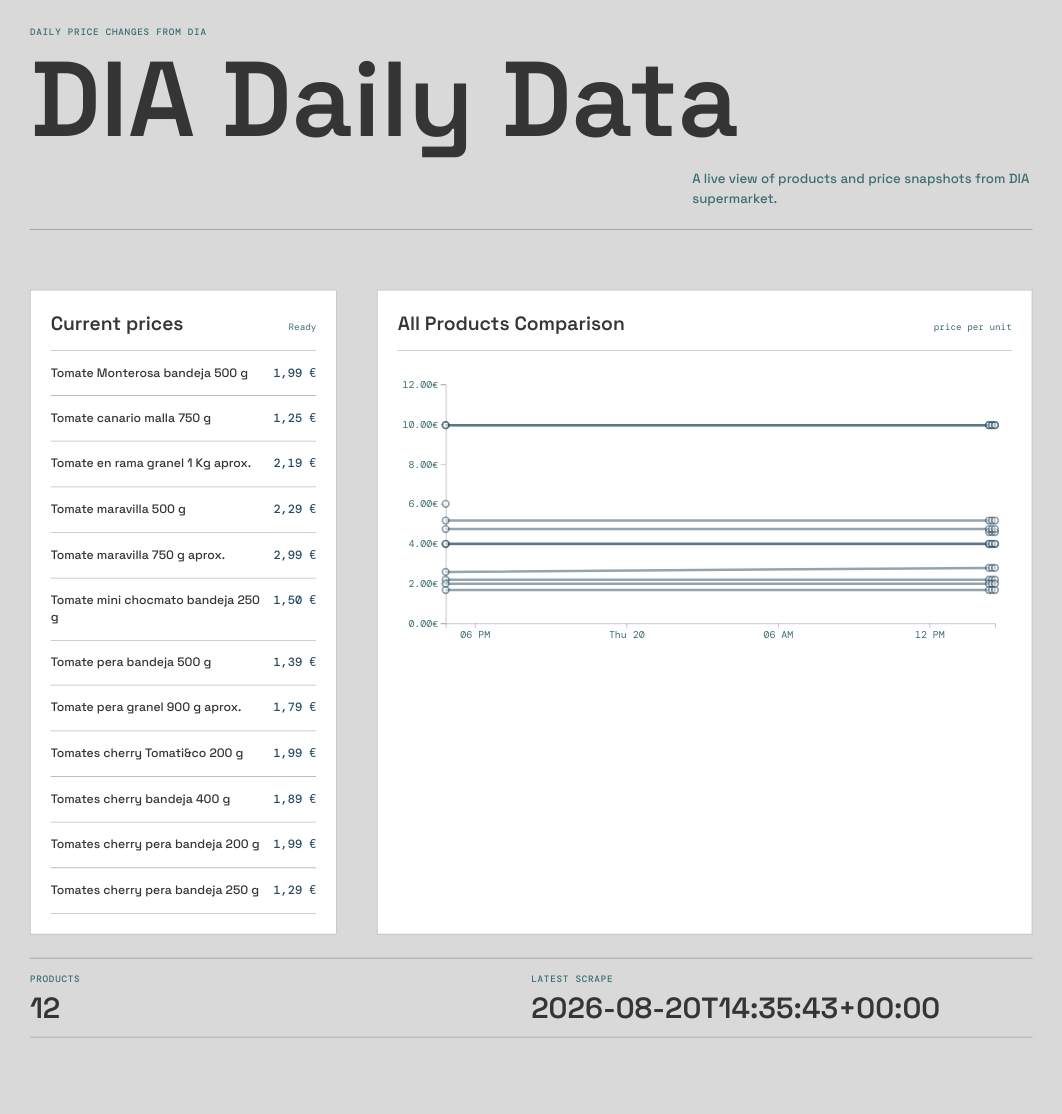
Repository: lloop/dia-daily-data
Page: http://localhost/
The author's editor kept a copy of each file at every save. The page is drawn from the files as they stood at one save, then again after the next save.
The browser window is 1280 px wide. The pictures show the whole page, at 83% of full size.
The page is served by the project's application, run on Flask 3 (app.py). Other server files are loaded and not shown. The page reads the database file committed with the project.

Above is the page before, as saved 2026-08-20 17:36:26.

### templates/index.html
<!doctype html>
<html lang="en">
<head>
  <meta charset="utf-8">
  <meta name="viewport" content="width=device-width, initial-scale=1">
  <title>Daily Price Changes From DIA</title>
  <link rel="stylesheet" href="{{ url_for('static', filename='styles.css') }}">
</head>
<body>
  <main class="dashboard">
    <header class="dashboard__header">
      <p class="eyebrow">Daily Price Changes From DIA</p>
      <h1>DIA Daily Data</h1>
      <p class="lede">A live view of products and price snapshots from DIA supermarket.</p>
    </header>

    <section class="content-grid">
      <div class="panel">
        <div class="panel__heading">
          <h2>Current prices</h2>
          <span id="status">Loading...</span>
        </div>
        <div id="product-list" class="product-list"></div>
      </div>

      <div class="panel panel--chart">
        <div class="panel__heading">
          <h2 id="chart-title">Price history</h2>
          <span id="chart-unit"></span>
        </div>
        <svg id="price-chart" role="img" aria-label="Selected product price history"></svg>
        <p id="empty-chart" class="empty-state">Select a product to inspect its price history.</p>
      </div>
    </section>

    <section class="summary" aria-label="Database summary">
      <div><span class="summary__label">Products</span><strong id="product-count">-</strong></div>
      <div><span class="summary__label">Latest scrape</span><strong id="latest-scrape">-</strong></div>
    </section>

  </main>

  <script src="https://cdn.jsdelivr.net/npm/d3@7"></script>
  <script src="{{ url_for('static', filename='app.js') }}"></script>
</body>
</html>

### app.py
"""Flask server for exploring scraped DIA product and price data."""

import json
import sqlite3
from pathlib import Path

from flask import Flask, jsonify, render_template

from config import DATABASE_FILE


def create_app(database_path=None):
    """Create the Flask application, optionally using a test database."""
    app = Flask(__name__)
    app.config['DATABASE_FILE'] = Path(database_path or DATABASE_FILE)

    def query_database(query, parameters=()):
        database_file = app.config['DATABASE_FILE']
        if not database_file.exists():
            return []

        with sqlite3.connect(database_file) as connection:
            connection.row_factory = sqlite3.Row
            return [dict(row) for row in connection.execute(query, parameters)]

    @app.get('/')
    def index():
        return render_template('index.html')

    @app.get('/api/products')
    def products():
        rows = query_database(
            """
            SELECT
                products.id,
                products.name,
                products.item_type,
                products.metadata_json,
                latest.price,
                latest.currency,
                latest.raw_price_per_unit,
                latest.unit_price_eur,
                latest.availability,
                latest.scraped_at
            FROM products
            LEFT JOIN price_logs AS latest
                ON latest.id = (
                    SELECT price_logs.id
                    FROM price_logs
                    WHERE price_logs.product_id = products.id
                    ORDER BY price_logs.scraped_at DESC, price_logs.id DESC
                    LIMIT 1
                )
            ORDER BY products.name
            """
        )

        for row in rows:
            row['metadata'] = json.loads(row.pop('metadata_json') or '{}')

        return jsonify(rows)

    @app.get('/api/products/<int:product_id>/price-history')
    def price_history(product_id):
        rows = query_database(
            """
            SELECT price, currency, raw_price_per_unit, unit_price_eur,
                   availability, scraped_at
            FROM price_logs
            WHERE product_id = ?
            ORDER BY scraped_at, id
            """,
            (product_id,),
        )
        return jsonify(rows)

    return app


app = create_app()


if __name__ == '__main__':
    app.run(debug=True)

### static/styles.css
@import url('https://fonts.googleapis.com/css2?family=DM+Mono:wght@400;500&family=Space+Grotesk:wght@400;500;600;700&display=swap');

:root {
  color-scheme: light;
  --font-display: 'Space Grotesk', 'Helvetica Neue', Arial, sans-serif;
  --font-mono: 'DM Mono', 'Courier New', monospace;
  --graphite: #353535;
  --stormy-teal: #3c6e71;
  --white: #ffffff;
  --alabaster-grey: #d9d9d9;
  --yale-blue: #284b63;
  --ink: var(--graphite);
  --muted: var(--stormy-teal);
  --paper: var(--alabaster-grey);
  --panel: var(--white);
  --line: rgba(53, 53, 53, 0.32);
  --accent: var(--yale-blue);
  --accent-soft: rgba(60, 110, 113, 0.12);
}

* { box-sizing: border-box; }
body { margin: 0; background: var(--paper); color: var(--ink); font-family: var(--font-display); }
.dashboard { max-width: 1440px; margin: 0 auto; padding: 32px 36px 64px; }
.dashboard__header { max-width: none; margin-bottom: 72px; padding-bottom: 24px; border-bottom: 1px solid var(--line); }
.eyebrow, .summary__label, #status, #chart-unit { font: 500 0.7rem/1.2 var(--font-mono); letter-spacing: 0.08em; text-transform: uppercase; }
.eyebrow { color: var(--stormy-teal); margin: 0 0 20px; }
h1 { max-width: 900px; font-size: clamp(3.4rem, 10vw, 9rem); line-height: 0.86; margin: 0 0 28px; font-weight: 600; letter-spacing: 0; }
.lede { max-width: 410px; color: var(--muted); font: 500 1rem/1.5 var(--font-display); margin: 0 0 0 auto; }
.summary { display: flex; gap: 0; margin-bottom: 28px; border-top: 1px solid var(--line); border-bottom: 1px solid var(--line); }
.summary > div { flex: 1; background: transparent; border: 0; border-radius: 0; padding: 18px 20px 18px 0; box-shadow: none; }
.summary__label { display: block; color: var(--muted); margin-bottom: 10px; }
.summary strong { font-size: 2.2rem; line-height: 1; font-weight: 600; }
.content-grid { display: grid; grid-template-columns: minmax(280px, 0.75fr) minmax(420px, 1.6fr); gap: 48px; margin-bottom: 28px; }
.panel { background: var(--panel); border: 1px solid var(--line); border-radius: 0; padding: 24px; min-height: 420px; box-shadow: none; }
.panel__heading { display: flex; align-items: baseline; justify-content: space-between; gap: 16px; border-bottom: 1px solid var(--line); padding-bottom: 18px; }
h2 { font-size: 1.45rem; font-weight: 600; letter-spacing: 0; margin: 0; }
#status, #chart-unit { color: var(--muted); letter-spacing: 0; text-transform: none; font-weight: 400; }
.product-list { display: grid; }
.product-button { display: flex; justify-content: space-between; gap: 16px; width: 100%; text-align: left; border: 0; border-bottom: 1px solid var(--line); background: transparent; color: inherit; padding: 17px 0; cursor: pointer; transition: background 160ms ease, padding 160ms ease; }
.product-button:hover, .product-button.is-selected { background: var(--accent-soft); padding-left: 12px; padding-right: 12px; }
.product-name { font: 500 0.92rem/1.35 var(--font-display); }
.product-price { white-space: nowrap; font: 500 0.9rem/1.35 var(--font-mono); color: var(--accent); }
#price-chart { width: 100%; height: 350px; margin-top: 20px; overflow: visible; }
.axis text { fill: var(--muted); font: 12px var(--font-mono); }
.axis path, .axis line { stroke: var(--line); }
.chart-line { fill: none; stroke: var(--accent); stroke-width: 3; }
.chart-dot { fill: var(--panel); stroke: var(--accent); stroke-width: 2; }
.empty-state { color: var(--muted); font: 400 0.95rem/1.5 var(--font-display); }
@media (max-width: 800px) { .dashboard { padding: 24px 16px 48px; } .dashboard__header { margin-bottom: 44px; } h1 { font-size: clamp(3.2rem, 17vw, 6rem); } .lede { margin-left: 0; } .content-grid { grid-template-columns: 1fr; gap: 20px; } .summary { flex-direction: column; } .summary > div { padding-right: 0; } .panel--chart { min-height: 360px; } }

### static/app.js
const state = { products: [], histories: {}, selectedId: null };

const productList = document.querySelector('#product-list');
const status = document.querySelector('#status');
const productCount = document.querySelector('#product-count');
const latestScrape = document.querySelector('#latest-scrape');
const chartTitle = document.querySelector('#chart-title');
const chartUnit = document.querySelector('#chart-unit');
const chart = d3.select('#price-chart');
const emptyChart = document.querySelector('#empty-chart');

// Color scale to give each tomato line a unique color
const colorScale = d3.scaleOrdinal(d3.schemeCategory10);

function formatPrice(value, currency = 'EUR') {
  if (value === null || value === undefined) return 'No price';
  return new Intl.NumberFormat('es-ES', { style: 'currency', currency }).format(value);
}

function renderProducts() {
  productList.replaceChildren();
  state.products.forEach(product => {
    const button = document.createElement('button');
    button.className = 'product-button';
    button.dataset.productId = product.id;
    button.innerHTML = `<span class="product-name">${product.name}</span><span class="product-price">${formatPrice(product.price, product.currency)}</span>`;

    // Hover over sidebar button to highlight corresponding line on the chart
    button.addEventListener('mouseenter', () => highlightProduct(product.id));
    button.addEventListener('mouseleave', () => resetHighlight());

    // Click button to isolate/select product title
    button.addEventListener('click', () => selectProduct(product.id));
    productList.append(button);
  });
}

function drawChart() {
  const width = chart.node().clientWidth || 600;
  const height = 350;
  const margin = { top: 20, right: 20, bottom: 42, left: 58 };

  chart.attr('viewBox', `0 0 ${width} ${height}`).selectAll('*').remove();

  // Combine all product histories into arrays for plotting
  const allSeries = state.products.map(product => {
    const rawHistory = state.histories[product.id] || [];
    return {
      product,
      values: rawHistory.map(item => ({ ...item, date: new Date(item.scraped_at) }))
    };
  }).filter(series => series.values.length > 0);

  const hasData = allSeries.length > 0;
  emptyChart.hidden = hasData;
  chartUnit.textContent = hasData ? 'price per unit' : '';
  if (!hasData) return;

  // Flatten values across all products to calculate global X and Y domains
  const allPoints = allSeries.flatMap(s => s.values);
  const x = d3.scaleTime()
    .domain(d3.extent(allPoints, d => d.date))
    .range([margin.left, width - margin.right]);

  const y = d3.scaleLinear()
    .domain([0, d3.max(allPoints, d => d.unit_price_eur) * 1.15 || 1])
    .nice()
    .range([height - margin.bottom, margin.top]);

  const line = d3.line()
    .x(d => x(d.date))
    .y(d => y(d.unit_price_eur));

  // Axes
  chart.append('g')
    .attr('class', 'axis')
    .attr('transform', `translate(0,${height - margin.bottom})`)
    .call(d3.axisBottom(x).ticks(5));

  chart.append('g')
    .attr('class', 'axis')
    .attr('transform', `translate(${margin.left},0)`)
    .call(d3.axisLeft(y).ticks(5).tickFormat(value => `${value.toFixed(2)}€`));

  // Render Overlaid Lines (50% Opacity)
  allSeries.forEach(series => {
    const lineColor = colorScale(series.product.id);

    chart.append('path')
      .datum(series.values)
      .attr('class', `chart-line line-product-${series.product.id}`)
      .attr('d', line)
      .attr('fill', 'none')
      .attr('stroke', lineColor)
      .attr('stroke-width', 2)
      .attr('opacity', 0.5);

    // Data points for hover feedback
    chart.selectAll(`.chart-dot-${series.product.id}`)
      .data(series.values)
      .join('circle')
      .attr('class', `chart-dot chart-dot-${series.product.id}`)
      .attr('r', 4)
      .attr('cx', item => x(item.date))
      .attr('cy', item => y(item.unit_price_eur))
      .attr('fill', lineColor)
      .attr('opacity', 0.5)
      .on('mouseenter', () => highlightProduct(series.product.id))
      .on('mouseleave', () => resetHighlight())
      .append('title')
      .text(item => `${series.product.name}\n${formatPrice(item.unit_price_eur)} - ${item.scraped_at}`);
  });
}

function highlightProduct(productId) {
  // Dim all lines to 15% opacity, highlight selected line at 100% opacity
  chart.selectAll('.chart-line')
    .attr('opacity', 0.15)
    .attr('stroke-width', 2);

  chart.selectAll('.chart-dot')
    .attr('opacity', 0.15);

  chart.selectAll(`.line-product-${productId}`)
    .attr('opacity', 1)
    .attr('stroke-width', 4);

  chart.selectAll(`.chart-dot-${productId}`)
    .attr('opacity', 1);
}

function resetHighlight() {
  // Restore all lines to 50% opacity
  chart.selectAll('.chart-line')
    .attr('opacity', 0.5)
    .attr('stroke-width', 2);

  chart.selectAll('.chart-dot')
    .attr('opacity', 0.5);
}

function selectProduct(productId) {
  state.selectedId = productId;
  document.querySelectorAll('.product-button').forEach(button => {
    button.classList.toggle('is-selected', Number(button.dataset.productId) === productId);
  });
  const product = state.products.find(item => item.id === productId);
  if (product) {
    chartTitle.textContent = product.name;
  }
}

async function loadProducts() {
  const response = await fetch('/api/products');
  state.products = await response.json();
  productCount.textContent = state.products.length;
  latestScrape.textContent = state.products.reduce((latest, item) => item.scraped_at > latest ? item.scraped_at : latest, '-') || '-';
  status.textContent = state.products.length ? 'Loading history...' : 'No database records';

  renderProducts();

  // Fetch price history for all products in parallel
  const historyPromises = state.products.map(product =>
    fetch(`/api/products/${product.id}/price-history`)
      .then(res => res.json())
      .then(data => { state.histories[product.id] = data; })
  );

  await Promise.all(historyPromises);

  status.textContent = state.products.length ? 'Ready' : 'No database records';
  chartTitle.textContent = 'All Products Comparison';
  drawChart();
}

loadProducts().catch(error => {
  status.textContent = 'Unable to load data';
  console.error(error);
});

### output/dia_products.sqlite3 (the tables this page reads, as SQL)
CREATE TABLE price_logs (
    id INTEGER PRIMARY KEY,
    product_id INTEGER NOT NULL,
    price REAL,
    currency TEXT,
    raw_price_per_unit TEXT,
    unit_price_eur REAL,
    availability TEXT,
    scraped_at DATETIME NOT NULL,
    FOREIGN KEY (product_id) REFERENCES products(id)
);
INSERT INTO "price_logs" VALUES
(1, 1, 1.29, 'EUR', '(2,58 €/KILO)', 2.58, 'https://schema.org/InStock', '2026-08-19T16:50:45+00:00'),
(2, 2, 2.19, 'EUR', '(2,19 €/KILO)', 2.19, 'https://schema.org/InStock', '2026-08-19T16:50:45+00:00'),
(3, 3, 1.99, 'EUR', '(9,95 €/KILO)', 9.95, 'https://schema.org/InStock', '2026-08-19T16:50:45+00:00'),
(4, 4, 1.29, 'EUR', '(5,16 €/KILO)', 5.16, 'https://schema.org/InStock', '2026-08-19T16:50:45+00:00'),
(5, 5, 1.79, 'EUR', '(1,99 €/KILO)', 1.99, 'https://schema.org/InStock', '2026-08-19T16:50:45+00:00'),
(6, 6, 1.89, 'EUR', '(4,73 €/KILO)', 4.73, 'https://schema.org/InStock', '2026-08-19T16:50:45+00:00'),
(7, 7, 1.99, 'EUR', '(3,98 €/KILO)', 3.98, 'https://schema.org/InStock', '2026-08-19T16:50:45+00:00'),
(8, 8, 1.25, 'EUR', '(1,67 €/KILO)', 1.67, 'https://schema.org/InStock', '2026-08-19T16:50:45+00:00'),
(9, 9, 2.99, 'EUR', '(3,99 €/KILO)', 3.99, 'https://schema.org/OutOfStock', '2026-08-19T16:50:45+00:00'),
(10, 10, 1.5, 'EUR', '(6,00 €/KILO)', 6.0, 'https://schema.org/InStock', '2026-08-19T16:50:45+00:00'),
(11, 11, 1.99, 'EUR', '(9,95 €/KILO)', 9.95, 'https://schema.org/InStock', '2026-08-19T16:50:45+00:00'),
(12, 1, 1.39, 'EUR', '(2,78 €/KILO)', 2.78, 'https://schema.org/InStock', '2026-08-20T14:21:22+00:00'),
(13, 2, 2.19, 'EUR', '(2,19 €/KILO)', 2.19, 'https://schema.org/InStock', '2026-08-20T14:21:22+00:00'),
(14, 3, 1.99, 'EUR', '(9,95 €/KILO)', 9.95, 'https://schema.org/InStock', '2026-08-20T14:21:22+00:00'),
(15, 4, 1.29, 'EUR', '(5,16 €/KILO)', 5.16, 'https://schema.org/InStock', '2026-08-20T14:21:22+00:00'),
(16, 5, 1.79, 'EUR', '(1,99 €/KILO)', 1.99, 'https://schema.org/InStock', '2026-08-20T14:21:22+00:00'),
(17, 6, 1.89, 'EUR', '(4,73 €/KILO)', 4.73, 'https://schema.org/InStock', '2026-08-20T14:21:22+00:00'),
(18, 7, 1.99, 'EUR', '(3,98 €/KILO)', 3.98, 'https://schema.org/InStock', '2026-08-20T14:21:22+00:00'),
(19, 8, 1.25, 'EUR', '(1,67 €/KILO)', 1.67, 'https://schema.org/InStock', '2026-08-20T14:21:22+00:00'),
(20, 9, 2.99, 'EUR', '(3,99 €/KILO)', 3.99, 'https://schema.org/OutOfStock', '2026-08-20T14:21:22+00:00'),
(21, 11, 1.99, 'EUR', '(9,95 €/KILO)', 9.95, 'https://schema.org/InStock', '2026-08-20T14:21:22+00:00'),
(22, 12, 2.29, 'EUR', '(4,58 €/KILO)', 4.58, 'https://schema.org/InStock', '2026-08-20T14:21:22+00:00'),
(23, 1, 1.39, 'EUR', '(2,78 €/KILO)', 2.78, 'https://schema.org/InStock', '2026-08-20T14:28:25+00:00'),
(24, 2, 2.19, 'EUR', '(2,19 €/KILO)', 2.19, 'https://schema.org/InStock', '2026-08-20T14:28:25+00:00'),
(25, 3, 1.99, 'EUR', '(9,95 €/KILO)', 9.95, 'https://schema.org/InStock', '2026-08-20T14:28:25+00:00'),
(26, 4, 1.29, 'EUR', '(5,16 €/KILO)', 5.16, 'https://schema.org/InStock', '2026-08-20T14:28:25+00:00'),
(27, 5, 1.79, 'EUR', '(1,99 €/KILO)', 1.99, 'https://schema.org/InStock', '2026-08-20T14:28:25+00:00'),
(28, 6, 1.89, 'EUR', '(4,73 €/KILO)', 4.73, 'https://schema.org/InStock', '2026-08-20T14:28:25+00:00'),
(29, 7, 1.99, 'EUR', '(3,98 €/KILO)', 3.98, 'https://schema.org/InStock', '2026-08-20T14:28:25+00:00'),
(30, 8, 1.25, 'EUR', '(1,67 €/KILO)', 1.67, 'https://schema.org/InStock', '2026-08-20T14:28:25+00:00'),
(31, 9, 2.99, 'EUR', '(3,99 €/KILO)', 3.99, 'https://schema.org/OutOfStock', '2026-08-20T14:28:25+00:00'),
(32, 11, 1.99, 'EUR', '(9,95 €/KILO)', 9.95, 'https://schema.org/InStock', '2026-08-20T14:28:25+00:00'),
(33, 12, 2.29, 'EUR', '(4,58 €/KILO)', 4.58, 'https://schema.org/InStock', '2026-08-20T14:28:25+00:00'),
(34, 1, 1.39, 'EUR', '(2,78 €/KILO)', 2.78, 'https://schema.org/InStock', '2026-08-20T14:35:43+00:00'),
(35, 2, 2.19, 'EUR', '(2,19 €/KILO)', 2.19, 'https://schema.org/InStock', '2026-08-20T14:35:43+00:00'),
(36, 3, 1.99, 'EUR', '(9,95 €/KILO)', 9.95, 'https://schema.org/InStock', '2026-08-20T14:35:43+00:00'),
(37, 4, 1.29, 'EUR', '(5,16 €/KILO)', 5.16, 'https://schema.org/InStock', '2026-08-20T14:35:43+00:00'),
(38, 5, 1.79, 'EUR', '(1,99 €/KILO)', 1.99, 'https://schema.org/InStock', '2026-08-20T14:35:43+00:00'),
(39, 6, 1.89, 'EUR', '(4,73 €/KILO)', 4.73, 'https://schema.org/InStock', '2026-08-20T14:35:43+00:00'),
(40, 7, 1.99, 'EUR', '(3,98 €/KILO)', 3.98, 'https://schema.org/InStock', '2026-08-20T14:35:43+00:00'),
(41, 8, 1.25, 'EUR', '(1,67 €/KILO)', 1.67, 'https://schema.org/InStock', '2026-08-20T14:35:43+00:00'),
(42, 9, 2.99, 'EUR', '(3,99 €/KILO)', 3.99, 'https://schema.org/OutOfStock', '2026-08-20T14:35:43+00:00'),
(43, 11, 1.99, 'EUR', '(9,95 €/KILO)', 9.95, 'https://schema.org/InStock', '2026-08-20T14:35:43+00:00'),
(44, 12, 2.29, 'EUR', '(4,58 €/KILO)', 4.58, 'https://schema.org/InStock', '2026-08-20T14:35:43+00:00');

CREATE TABLE products (
    id INTEGER PRIMARY KEY,
    name TEXT UNIQUE NOT NULL,
    item_type TEXT,
    metadata_json TEXT NOT NULL
);
INSERT INTO "products" VALUES
(1, 'Tomate pera bandeja 500 g', 'Product', '{"type": "Product", "info_labels": ["Calibre: + 57MM-75MM", "Categoria: I", "Variedad: PERA", "Origen: PORTUGAL", "Tipo de producto: Tomates"]}'),
(2, 'Tomate en rama granel 1 Kg aprox.', 'Product', '{"type": "Product", "info_labels": ["Calibre: 57 + MM", "Categoria: I", "Variedad: RAMA", "Origen: VER ENVASE", "Tipo de producto: Tomates"]}'),
(3, 'Tomates cherry Tomati&co 200 g', 'Product', '{"type": "Product", "info_labels": ["Calibre: 18-35MM", "Categoria: I", "Variedad: VITALION", "Origen: ESPAÑA", "Tipo de producto: Tomates"]}'),
(4, 'Tomates cherry pera bandeja 250 g', 'Product', '{"type": "Product", "info_labels": ["Calibre: 17-35 MM", "Categoria: I", "Variedad: CHERRY PERA, ANGELLE", "Origen: ESPAÑA", "Tipo de producto: Tomates"]}'),
(5, 'Tomate pera granel 900 g aprox.', 'Product', '{"type": "Product", "info_labels": ["Calibre: 47-66MM", "Categoria: I", "Variedad: PERA", "Origen: PORTUGAL", "Tipo de producto: Tomates"]}'),
(6, 'Tomates cherry bandeja 400 g', 'Product', '{"type": "Product", "info_labels": ["Calibre: 18 MM - 32 MM", "Categoria: I", "Variedad: CHERRY REDONDO, KARELYA", "Origen: ESPAÑA", "Tipo de producto: Tomates"]}'),
(7, 'Tomate Monterosa bandeja 500 g', 'Product', '{"type": "Product", "info_labels": ["Calibre: +67MM-", "Categoria: I", "Variedad: MONTEROSA", "Origen: VER ENVASE", "Tipo de producto: Tomates"]}'),
(8, 'Tomate canario malla 750 g', 'Product', '{"type": "Product", "info_labels": ["Calibre: 47MM-66MM", "Categoria: I", "Variedad: -", "Origen: PORTUGAL", "Tipo de producto: Tomates"]}'),
(9, 'Tomate maravilla 750 g aprox.', 'Product', '{"type": "Product", "info_labels": ["Calibre: + 67MM", "Categoria: I", "Variedad: MARAVILLA", "Origen: ESPAÑA", "Tipo de producto: Tomates"]}'),
(10, 'Tomate mini chocmato bandeja 250 g', 'Product', '{"type": "Product", "info_labels": ["Calibre: 17-35MM", "Categoria: I", "Variedad: MINI CHOCMATO", "Origen: ESPAÑA", "Tipo de producto: Tomates"]}'),
(11, 'Tomates cherry pera bandeja 200 g', 'Product', '{"type": "Product", "info_labels": ["Calibre: 20-35 MM", "Categoria: I", "Variedad: CHERRY PERA LOBELLO", "Origen: ESPAÑA", "Tipo de producto: Tomates"]}'),
(12, 'Tomate maravilla 500 g', 'Product', '{"type": "Product", "info_labels": ["Calibre: 57 MM", "Categoria: I", "Variedad: MARAVILLA", "Origen: ESPAÑA", "Tipo de producto: Tomates"]}');

After the next save:
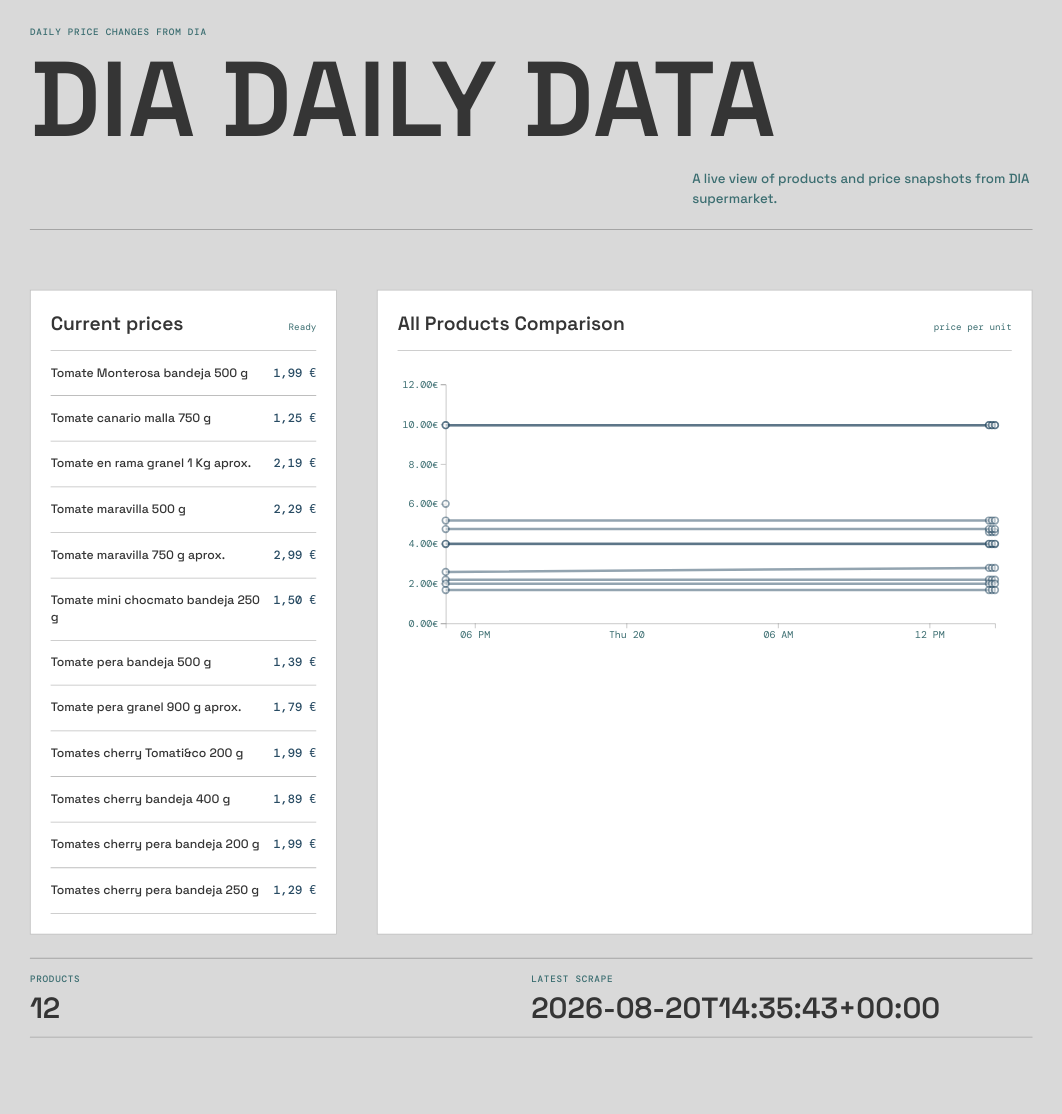
Saved 2 min 8 s later.
--- a/templates/index.html
+++ b/templates/index.html
@@ -10,7 +10,7 @@
   <main class="dashboard">
     <header class="dashboard__header">
       <p class="eyebrow">Daily Price Changes From DIA</p>
-      <h1>DIA Daily Data</h1>
+      <h1>DIA DAILY DATA</h1>
       <p class="lede">A live view of products and price snapshots from DIA supermarket.</p>
     </header>
 
